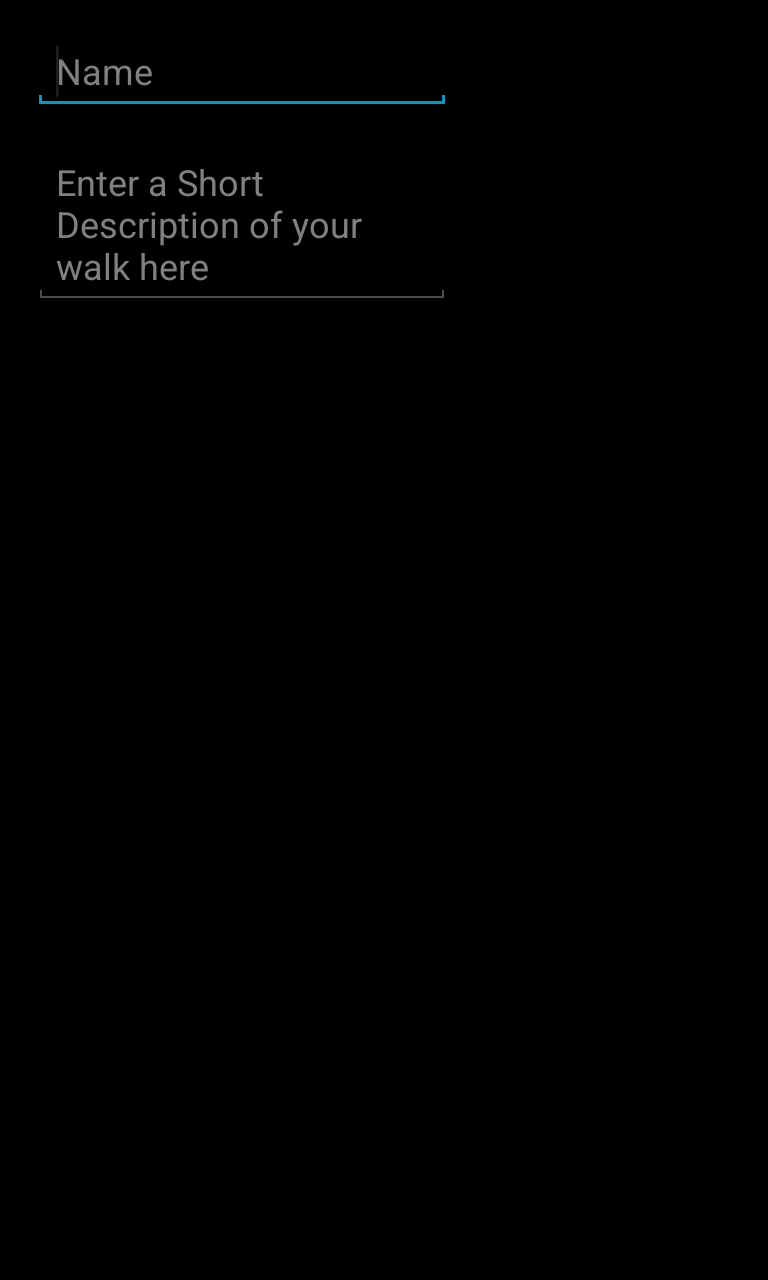
Repository: Jafnee/Android-Walking-Tour
Layout: SRC/Drafts/0.3/fuzzyNinja/PathFinder/res/layout/activity_new_walk.xml
An editor plug-in stored every save of this project. The layout is shown before and after the next save, followed by the edit.
It is drawn on a 768 x 1280 px phone screen (xhdpi) without system bars, with theme android:Theme.Holo; the app's code is not run.

Above is the layout before, as saved 2013-12-13 04:22:13.

### SRC/Drafts/0.3/fuzzyNinja/PathFinder/res/layout/activity_new_walk.xml
<RelativeLayout xmlns:android="http://schemas.android.com/apk/res/android"
    xmlns:tools="http://schemas.android.com/tools"
    android:layout_width="match_parent"
    android:layout_height="match_parent"
    android:paddingBottom="@dimen/activity_vertical_margin"
    android:paddingLeft="@dimen/activity_horizontal_margin"
    android:paddingRight="@dimen/activity_horizontal_margin"
    android:paddingTop="@dimen/activity_vertical_margin"
    tools:context=".ActivityNewWalk" >

    <EditText
        android:id="@+id/txtbxWalkName"
        android:layout_width="wrap_content"
        android:layout_height="wrap_content"
        android:layout_alignParentLeft="true"
        android:layout_alignParentTop="true"
        android:ems="10"
        android:hint="Name"
        android:inputType="textAutoCorrect"
        tools:ignore="HardcodedText" >

        <requestFocus />
    </EditText>

    <EditText
        android:id="@+id/txtbxShortDes"
        android:layout_width="wrap_content"
        android:layout_height="wrap_content"
        android:layout_alignLeft="@+id/txtbxWalkName"
        android:layout_below="@+id/txtbxWalkName"
        android:layout_marginTop="16dp"
        android:ems="10"
        android:hint="Enter a Short Description of your walk here"
        android:inputType="textMultiLine"
        tools:ignore="HardcodedText" />

</RelativeLayout>

Loaded but not shown: SRC/Drafts/0.3/fuzzyNinja/PathFinder/res/values/dimens.xml (common file)

After the next save:
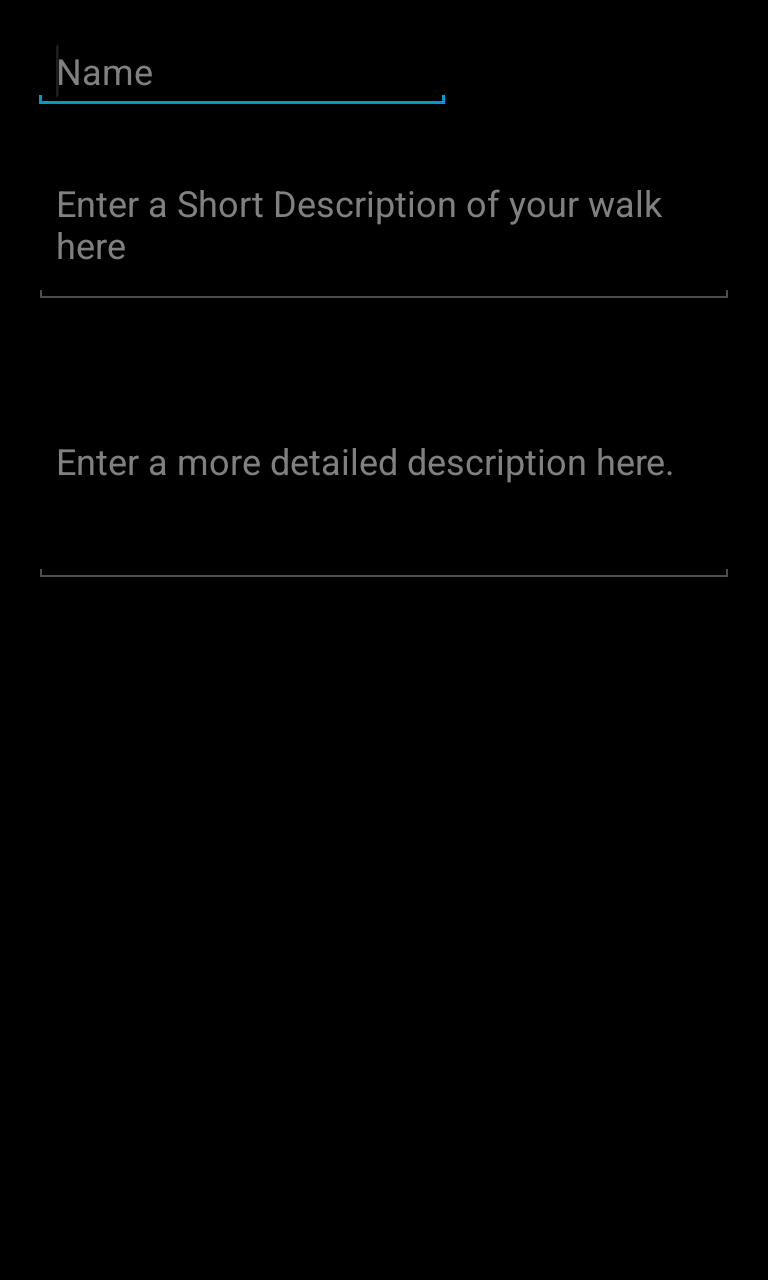
Saved 2 min 37 s later.
--- a/SRC/Drafts/0.3/fuzzyNinja/PathFinder/res/layout/activity_new_walk.xml
+++ b/SRC/Drafts/0.3/fuzzyNinja/PathFinder/res/layout/activity_new_walk.xml
@@ -27,11 +27,27 @@
         android:layout_width="wrap_content"
         android:layout_height="wrap_content"
         android:layout_alignLeft="@+id/txtbxWalkName"
+        android:layout_alignParentRight="true"
         android:layout_below="@+id/txtbxWalkName"
         android:layout_marginTop="16dp"
         android:ems="10"
         android:hint="Enter a Short Description of your walk here"
         android:inputType="textMultiLine"
+        android:lines="3"
+        tools:ignore="HardcodedText" />
+
+    <EditText
+        android:id="@+id/txtbxLongDescription"
+        android:layout_width="wrap_content"
+        android:layout_height="wrap_content"
+        android:layout_alignLeft="@+id/txtbxShortDes"
+        android:layout_alignRight="@+id/txtbxShortDes"
+        android:layout_below="@+id/txtbxShortDes"
+        android:layout_marginTop="16dp"
+        android:ems="10"
+        android:hint="Enter a more detailed description here."
+        android:inputType="textMultiLine"
+        android:lines="5"
         tools:ignore="HardcodedText" />
 
 </RelativeLayout>
